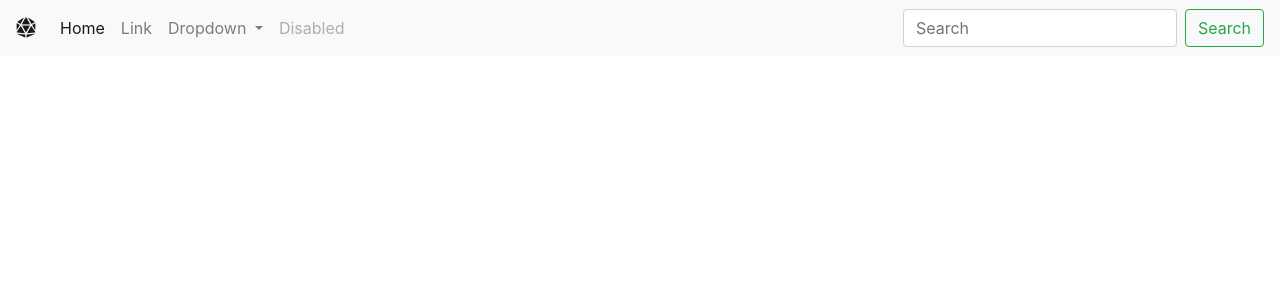
Repository: baobaodeveloper/baobao
Page: index.html
The author's editor kept a copy of each file at every save. The page is drawn from the files as they stood at one save, then again after the next save.
The browser window is 1280 px wide. The pictures show the whole page.

Above is the page before, as saved 2022-02-16 20:09:35.

### index.html
<!DOCTYPE html>
<html lang="en">
  <head>
    <title>Portfolio</title>
    <!-- Required meta tags -->
    <meta charset="utf-8" />
    <meta
      name="viewport"
      content="width=device-width, initial-scale=1, shrink-to-fit=no"
    />

    <link
      rel="stylesheet"
      href="https://cdnjs.cloudflare.com/ajax/libs/font-awesome/6.0.0/css/all.min.css"
      integrity="sha512-9usAa10IRO0HhonpyAIVpjrylPvoDwiPUiKdWk5t3PyolY1cOd4DSE0Ga+ri4AuTroPR5aQvXU9xC6qOPnzFeg=="
      crossorigin="anonymous"
      referrerpolicy="no-referrer"
    />

    <!-- Bootstrap CSS -->
    <link
      rel="stylesheet"
      href="https://stackpath.bootstrapcdn.com/bootstrap/4.3.1/css/bootstrap.min.css"
      integrity="sha384-ggOyR0iXCbMQv3Xipma34MD+dH/1fQ784/j6cY/iJTQUOhcWr7x9JvoRxT2MZw1T"
      crossorigin="anonymous"
    />
  </head>
  <body>
    <!-- Optional JavaScript -->
    <!-- jQuery first, then Popper.js, then Bootstrap JS -->
    <nav class="navbar navbar-expand-lg navbar-light bg-light">
      <a class="navbar-brand" href="#"><i class="fa fa-dice-d20"></i></a>
      <button
        class="navbar-toggler"
        type="button"
        data-toggle="collapse"
        data-target="#navbarSupportedContent"
        aria-controls="navbarSupportedContent"
        aria-expanded="false"
        aria-label="Toggle navigation"
      >
        <span class="navbar-toggler-icon"></span>
      </button>

      <div class="collapse navbar-collapse" id="navbarSupportedContent">
        <ul class="navbar-nav mr-auto">
          <li class="nav-item active">
            <a class="nav-link" href="#"
              >Home <span class="sr-only">(current)</span></a
            >
          </li>
          <li class="nav-item">
            <a class="nav-link" href="#">Link</a>
          </li>
          <li class="nav-item dropdown">
            <a
              class="nav-link dropdown-toggle"
              href="#"
              id="navbarDropdown"
              role="button"
              data-toggle="dropdown"
              aria-expanded="false"
            >
              Dropdown
            </a>
            <div class="dropdown-menu" aria-labelledby="navbarDropdown">
              <a class="dropdown-item" href="#">Action</a>
              <a class="dropdown-item" href="#">Another action</a>
              <div class="dropdown-divider"></div>
              <a class="dropdown-item" href="#">Something else here</a>
            </div>
          </li>
          <li class="nav-item">
            <a class="nav-link disabled">Disabled</a>
          </li>
        </ul>
        <form class="form-inline my-2 my-lg-0">
          <input
            class="form-control mr-sm-2"
            type="search"
            placeholder="Search"
            aria-label="Search"
          />
          <button class="btn btn-outline-success my-2 my-sm-0" type="submit">
            Search
          </button>
        </form>
      </div>
    </nav>
    <script
      src="https://code.jquery.com/jquery-3.3.1.slim.min.js"
      integrity="sha384-q8i/X+965DzO0rT7abK41JStQIAqVgRVzpbzo5smXKp4YfRvH+8abtTE1Pi6jizo"
      crossorigin="anonymous"
    ></script>
    <script
      src="https://cdnjs.cloudflare.com/ajax/libs/popper.js/1.14.7/umd/popper.min.js"
      integrity="sha384-UO2eT0CpHqdSJQ6hJty5KVphtPhzWj9WO1clHTMGa3JDZwrnQq4sF86dIHNDz0W1"
      crossorigin="anonymous"
    ></script>
    <script
      src="https://stackpath.bootstrapcdn.com/bootstrap/4.3.1/js/bootstrap.min.js"
      integrity="sha384-JjSmVgyd0p3pXB1rRibZUAYoIIy6OrQ6VrjIEaFf/nJGzIxFDsf4x0xIM+B07jRM"
      crossorigin="anonymous"
    ></script>
  </body>
</html>

After the next save:
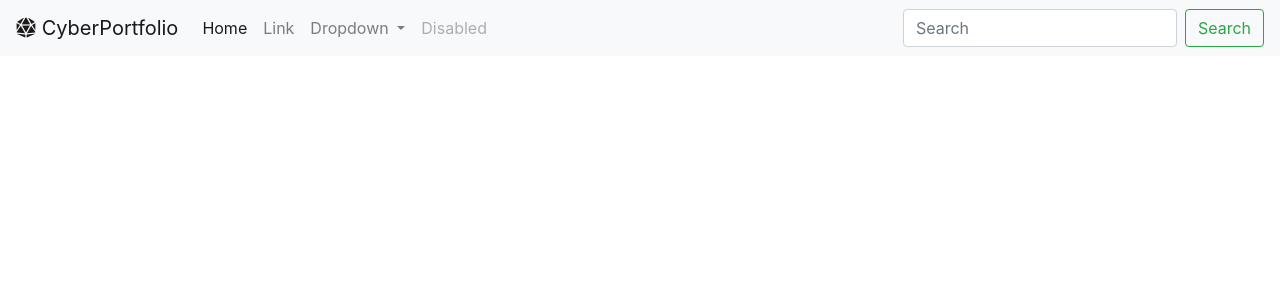
Saved 25 s later.
--- a/index.html
+++ b/index.html
@@ -29,7 +29,9 @@
     <!-- Optional JavaScript -->
     <!-- jQuery first, then Popper.js, then Bootstrap JS -->
     <nav class="navbar navbar-expand-lg navbar-light bg-light">
-      <a class="navbar-brand" href="#"><i class="fa fa-dice-d20"></i></a>
+      <a class="navbar-brand" href="#"
+        ><i class="fa fa-dice-d20"></i> <span>CyberPortfolio</span></a
+      >
       <button
         class="navbar-toggler"
         type="button"
